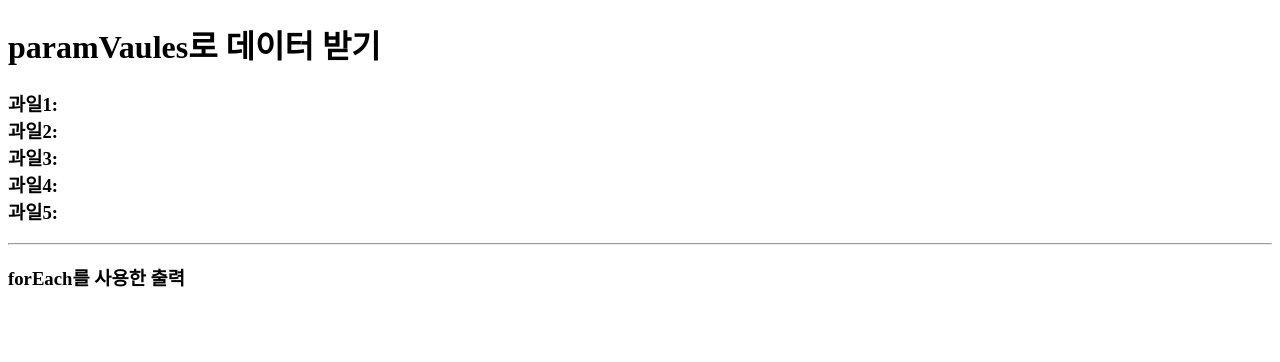
Repository: hwimi/2024-04-12
Page: http://localhost/jstl_study/step-5.jsp
The author's editor kept a copy of each file at every save. The page is drawn from the files as they stood at one save, then again after the next save.
The browser window is 1280 px wide. The pictures show the whole page.
The page is served by Tomcat 9.

Above is the page before, as saved 2024-04-11 04:06:36.

After the next save:
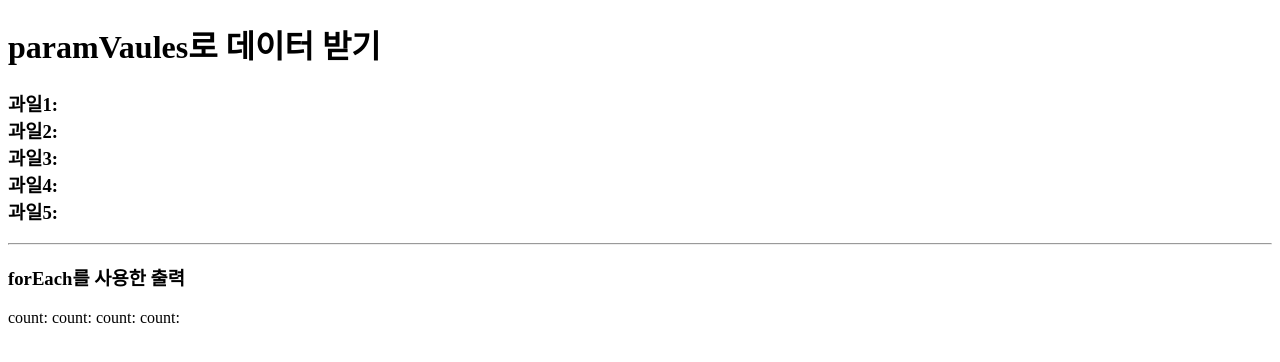
Saved 19 s later.
--- a/jstl_study/src/main/webapp/step-5.jsp
+++ b/jstl_study/src/main/webapp/step-5.jsp
@@ -35,6 +35,8 @@
     request.setAttribute("fr", friends);
     %>
 
-    <c:forEach items="${requestScope.fr}" var="fname" varStatus=""></c:forEach>
+    <c:forEach items="${requestScope.fr}" var="fname" varStatus="">
+    count:${i.count }
+    </c:forEach>
 </body>
 </html>
